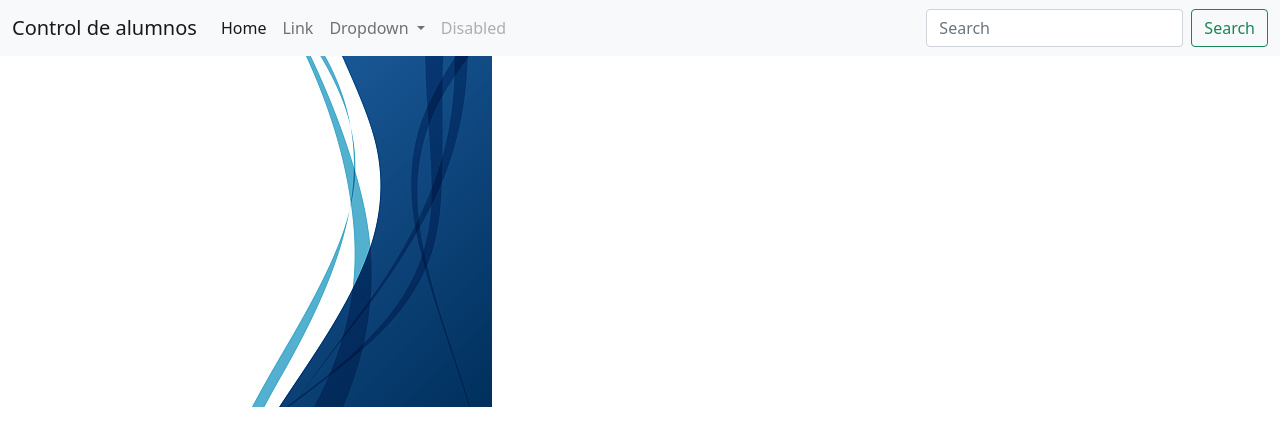
Repository: j0sh-404/control-clases-alumnos
Page: vista/principal/principal.html
These files come from the project's save history. The page is drawn as it stood at one moment and after the next save; the edit follows.
The browser window is 1280 px wide. The pictures show the whole page.

Above is the page before, as saved 2022-07-09 20:12:34.

After the next save:
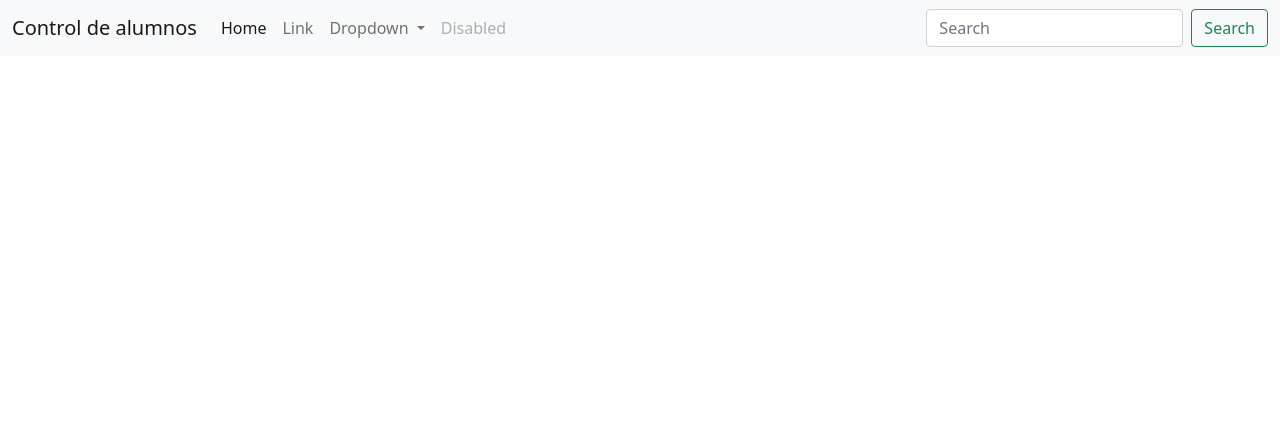
Saved 19 s later.
--- a/vista/principal/principal.html
+++ b/vista/principal/principal.html
@@ -44,8 +44,8 @@
           </div>
         </div>
       </nav>
-      <div>
-        <img src="../recursos/fondo.jpg" class="fondo">
+      <div class="fondo">
+
       </div>
       <script src="https://code.jquery.com/jquery-3.6.0.js" integrity="sha256-H+K7U5CnXl1h5ywQfKtSj8PCmoN9aaq30gDh27Xc0jk=" crossorigin="anonymous"></script>
      <script src="https://cdn.jsdelivr.net/npm/bootstrap@5.0.2/dist/js/bootstrap.bundle.min.js" integrity="sha384-MrcW6ZMFYlzcLA8Nl+NtUVF0sA7MsXsP1UyJoMp4YLEuNSfAP+JcXn/tWtIaxVXM" crossorigin="anonymous"></script>
